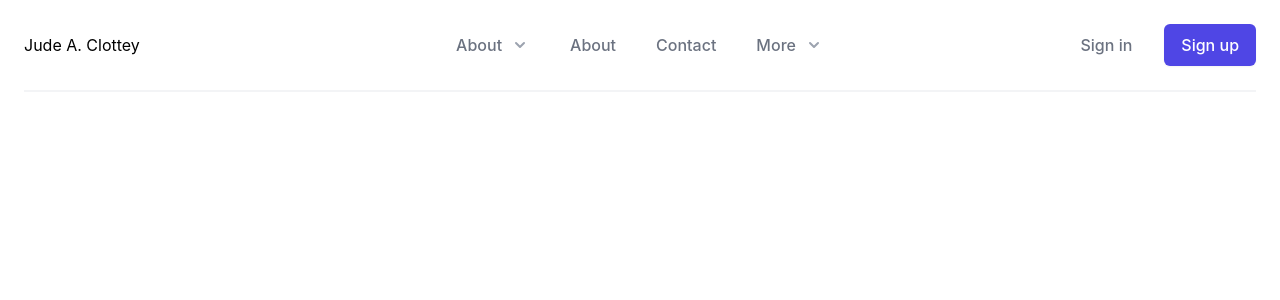
Repository: cjaymoni/my-site
Page: /
These files come from the project's save history. The page is drawn as it stood at one moment and after the next save; the edit follows.
The browser window is 1280 px wide. The pictures show the whole page.
The project was rebuilt for these pictures with package versions that can differ from the ones it lists, and the page was loaded fresh each time. Also part of the build but not shown: src/App.css.

Above is the page before, as saved 2022-08-18 19:03:30.

After the next save:
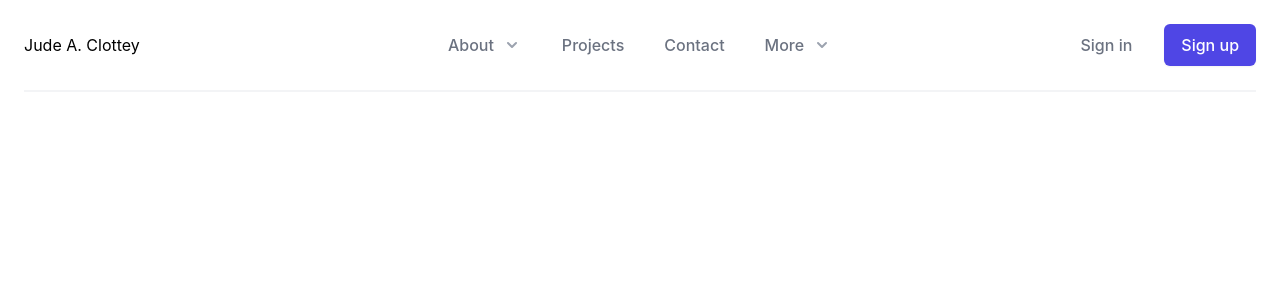
Saved 40 s later.
--- a/src/components/header/header.js
+++ b/src/components/header/header.js
@@ -194,7 +194,7 @@
               href="#"
               className="text-base font-medium text-gray-500 hover:text-gray-900"
             >
-              About
+              Projects
             </a>
             <a
               href="#"
